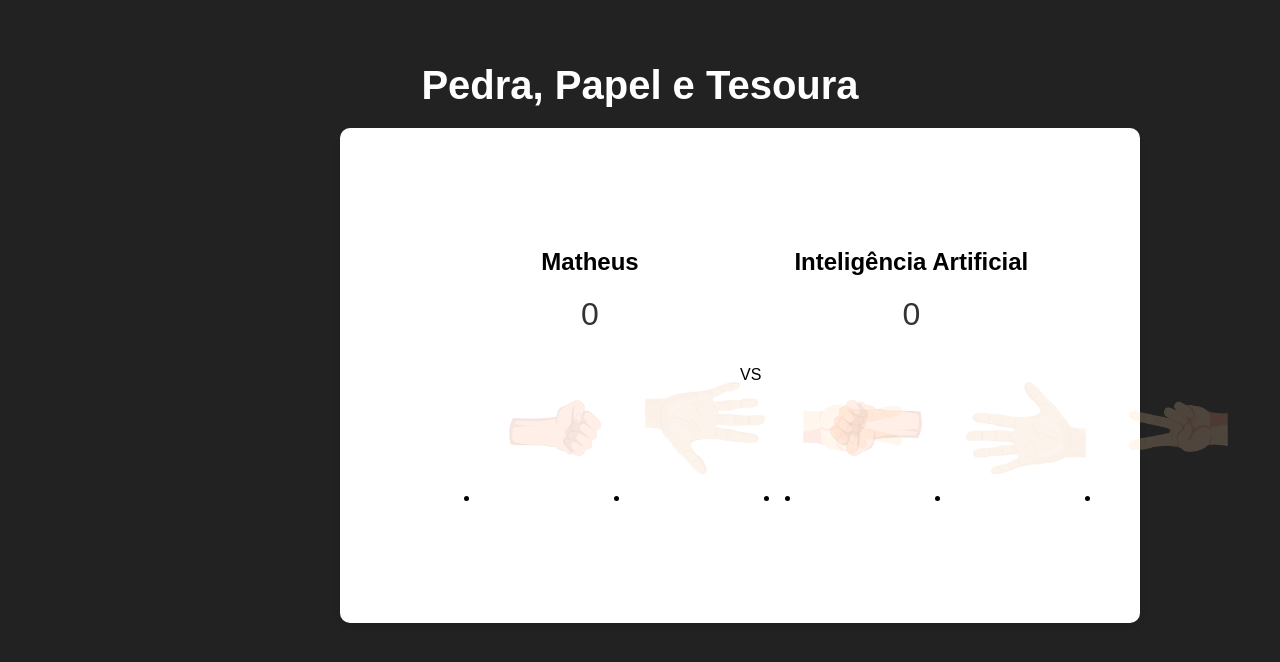
Repository: Matheus904-12/Pedra-Papel
Page: index.html
These files come from the project's save history. The page is drawn as it stood at one moment and after the next save; the edit follows.
The browser window is 1280 px wide. The pictures show the whole page.

Above is the page before, as saved 2023-08-28 21:53:45.

### index.html
<!DOCTYPE html>
<html lang="en">
<head>
    <meta charset="UTF-8">
    <meta name="viewport" content="width=device-width, initial-scale=1.0">
    <title>Pedra, Papel e Tesoura</title>
    <link rel="stylesheet" href="style.css">
    <script src="script.js"></script>
</head>
<body>
    <div class="box">
        <div class="container">
            <h1 id="titulo">Pedra, Papel e Tesoura</h1>
            <div class="placar" id="placar">
                <div class="jogador">
                    <h2 id="jogadorNome">Matheus</h2>
                    <p id="jogadorPontos">0</p>
                    <ul class="escolhas" id="jogadorEscolha">
                        <li>
                            <a id="jogadorEscolha1" class="escolha" onclick="jogar(1)">
                                <img src="img/1-removebg-preview.png" alt="">
                            </a>
                        </li>
                        <li>
                            <a id="jogadorEscolha2" class="escolha" onclick="jogar(2)">
                                <img src="img/2-removebg-preview.png" alt="">
                            </a>
                        </li>
                        <li>
                            <a id="jogadorEscolha3" class="escolha" onclick="jogar(3)">
                                <img src="img/3-removebg-preview.png" alt="">
                            </a>
                        </li>
                    </ul>
                </div>
                <div id="versus">VS</div>
                <div class="computador">
                    <h2 id="computadorNome">Inteligência Artificial</h2>
                    <p id="computadorPontos">0</p>
                    <ul class="escolhas" id="computadorEscolha">
                        <li>
                            <a id="computadorEscolha1" class="escolha">
                                <img src="img2/1.png" alt="">
                            </a>
                        </li>
                        <li>
                            <a id="computadorEscolha2" class="escolha">
                                <img src="img2/2.png" alt="">
                            </a>
                        </li>
                        <li>
                            <a id="computadorEscolha3" class="escolha">
                                <img src="img2/3.png" alt="">
                            </a>
                        </li>
                    </ul>
                </div>
            </div>
            <div class="mensagem"><p id="mensagem" class="result-message">&nbsp;</p>
    </div>
</body>
</html>

### style.css
ul#jogadorEscolha li a,
ul#computadorEscolha li a{
    opacity: 0.2;
    transition: ease-in-out 0.3s;
}
ul#jogadorEscolha li a:hover,
ul#jogadorEscolha li a.selecionado,
ul#computadorEscolha li a.selecionado {
    opacity: 1;
}

/* Estilos gerais */
body {
    font-family: 'Arial', sans-serif;
    background-color: #222;
    margin: 0;
    padding: 0;
    transition: background-color 0.5s ease;
    align-items: center;
}

/* Estilo do container principal */
.box {
    display: flex;
    align-items: center;
    justify-content: center;
    min-height: 100vh;
    transition: background-color 0.5s ease;
}

.container {
    width: 100%;
    max-width: 600px;
    text-align: center;
}

/* Estilo do título */
#titulo {
    font-size: 2.5rem;
    color: #fff;
    margin-bottom: 20px;
}

/* Estilo do placar */
.placar {
    display: flex;
    align-items: center;
    justify-content: space-between;
    padding: 100px;
    background-color: #fff;
    border-radius: 10px;
    box-shadow: 0 4px 6px rgba(0, 0, 0, 0.1);
    width: 100%;
    margin: 0 auto;
    max-width: 1200px;
}

.jogador,
.computador {
    width: 50%;
}

.jogador p,
.computador p {
    font-size: 2rem;
    color: #333;
    margin: 0;
}

.escolhas {
    display: flex;
    justify-content: space-around;
    margin-top: 20px;
}

.escolhas img {
    max-width: 150px;
    cursor: pointer;
    transition: transform 0.3s ease;
}

.escolhas img:hover {
    transform: scale(1.1);
}

/* Estilo do resultado/mensagem */
.result-message {
    font-size: 1.2rem;
    margin-top: 20px;
    color: #fff;
}

.result-message.vitoria {
    color: #4CAF50;
}

.result-message.derrota {
    color: #FF5733;
}

.result-message.empate {
    color: #FFC300;
}

/* Estilo do botão reiniciar */
.reiniciar-jogo {
    background-color: #3498db;
    border: none;
    color: white;
    padding: 10px 20px;
    text-align: center;
    text-decoration: none;
    display: inline-block;
    font-size: 16px;
    border-radius: 5px;
    cursor: pointer;
    transition: background-color 0.3s ease;
}

.reiniciar-jogo:hover {
    background-color: #2980b9;
}

/* Estilo do histórico */
.historico {
    text-align: center;
    margin-top: 20px;
}

.historico-toggle {
    background-color: #333;
    border: none;
    color: white;
    padding: 5px 10px;
    font-size: 14px;
    border-radius: 5px;
    cursor: pointer;
    transition: background-color 0.3s ease;
}

.historico-toggle:hover {
    background-color: #222;
}

.historico-list {
    list-style: none;
    padding: 0;
    display: none;
    text-align: left;
}

.historico-list li {
    font-size: 14px;
    margin-bottom: 5px;
    color: #fff;
}

### script.js
let jogadorEscolha = 0;
let jogadorPontos = 0;
let computadorEscolha = 0;
let computadorPontos = 0;
let ganhador = -1;
let historico = [];

function jogar(escolha){
    jogadorEscolha = escolha;
    computadorEscolha = Math.floor(Math.random() * 3) + 1;


/*PEDRA = 1
  PAPEL = 2
  TESOURA = 3
*/

if (jogadorEscolha == 1 && computadorEscolha == 1) {
    ganhador = 0;
    //*PEDRA = PEDRA*//
} else if (jogadorEscolha == 1 && computadorEscolha == 2) {
    ganhador = 2;
    //PEDRA E PAPEL = PAPEL//
} else if (jogadorEscolha == 1 && computadorEscolha == 3) {
    ganhador = 1;
    //PEDRA E TESOURA = PEDRA//
} else if (jogadorEscolha == 2 && computadorEscolha == 1) {
    ganhador = 1;
    //PAPEL E PEDRA = PEDRA
} else if (jogadorEscolha == 2 && computadorEscolha == 2) {
    ganhador =  0;
    //PAPEL E PAPEL = NADA
} else if (jogadorEscolha == 2 && computadorEscolha == 3) {
    ganhador = 2;
    //PAPEL E TESOURA = TESOURA
} else if (jogadorEscolha == 3 && computadorEscolha == 1) {
    ganhador = 2;
    //TESOURA E PEDRA = PEDRA
} else if (jogadorEscolha == 3 && computadorEscolha == 2) {
    ganhador = 1;
    //TESOURA E PAPEL = TESOURA
} else if (jogadorEscolha == 3 && computadorEscolha == 3) {
    ganhador = 0;
    //TESOURA E TESOURA = EMPATE
}


document.getElementById('jogadorEscolha1').classList.remove('selecionado');
document.getElementById('jogadorEscolha2').classList.remove('selecionado');
document.getElementById('jogadorEscolha3').classList.remove('selecionado');
document.getElementById('computadorEscolha1').classList.remove('selecionado');
document.getElementById('computadorEscolha2').classList.remove('selecionado');
document.getElementById('computadorEscolha3').classList.remove('selecionado');



document.getElementById('jogadorEscolha'+jogadorEscolha).classList.add('selecionado');
document.getElementById('computadorEscolha'+computadorEscolha).classList.add('selecionado');


/*
EMPATE = 0;
JOGADOR = 1;
COMPUTADOR = 2;
*/


// Atualizar placar
if (ganhador === 1) {
    jogadorPontos++;
} else if (ganhador === 2) {
    computadorPontos++;
}

document.getElementById('jogadorPontos').textContent = jogadorPontos;
document.getElementById('computadorPontos').textContent = computadorPontos;


// Mensagem do resultado
let mensagem = '';
if (ganhador === 1) {
    mensagem = 'Você venceu!';
} else if (ganhador === 2) {
    mensagem = 'Você perdeu!';
} else {
    mensagem = 'Empate!';
}

// Adicionar ao histórico
historico.push({
    jogador: jogadorEscolha,
    computador: computadorEscolha,
    resultado: ganhador
});

// Atualizar elementos na página
document.getElementById('jogadorPontos').textContent = jogadorPontos;
document.getElementById('computadorPontos').textContent = computadorPontos;
document.querySelector('.result-message').textContent = mensagem;
document.querySelector('.result-message').className = `result-message ${ganhadorClass}`;

// Exibir histórico
mostrarHistorico();

// Adicionar classe de estilo à mensagem
let mensagemElement = document.getElementById('mensagem');
mensagemElement.classList.remove('vitoria', 'derrota', 'empate');
if (ganhador === 1) {
    mensagemElement.classList.add('vitoria');
} else if (ganhador === 2) {
    mensagemElement.classList.add('derrota');
} else {
    mensagemElement.classList.add('empate');
}
}

function mostrarHistorico() {
let historicoList = document.getElementById('historico-list');
historicoList.innerHTML = '';

for (let i = 0; i < historico.length; i++) {
    let item = historico[i];
    let resultado = '';
    if (item.resultado === 1) {
        resultado = 'Vitória';
    } else if (item.resultado === 2) {
        resultado = 'Derrota';
    } else {
        resultado = 'Empate';
    }

    let listItem = document.createElement('li');
    listItem.textContent = `Jogador: ${item.jogador} | Computador: ${item.computador} | Resultado: ${resultado}`;
    historicoList.appendChild(listItem);
}


document.getElementById('historico-toggle').addEventListener('click', function() {
    const historicoList = document.querySelector('.historico-list');
    historicoList.style.display = historicoList.style.display === 'none' ? 'block' : 'none';
    this.textContent = historicoList.style.display === 'none' ? 'Ver Histórico' : 'Esconder Histórico';
});

// Mensagem do resultado
let mensagem = '';
if (ganhador === 1) {
    mensagem = 'Você venceu!';
} else if (ganhador === 2) {
    mensagem = 'Você perdeu!';
} else {
    mensagem = 'Empate!';
}

// Adicionar ao histórico
historico.push({
    jogador: jogadorEscolha,
    computador: computadorEscolha,
    resultado: ganhador
});


// Atualizar elementos na página
document.getElementById('jogadorPontos').textContent = jogadorPontos;
document.getElementById('computadorPontos').textContent = computadorPontos;
document.querySelector('.result-message').textContent = mensagem;
document.querySelector('.result-message').className = `result-message ${ganhadorClass}`;


 // Adicionar classe de estilo à mensagem
let mensagemElement = document.querySelector('.mensagem');
mensagemElement.classList.remove('vitoria', 'derrota', 'empate');
if (ganhador === 1) {
    mensagemElement.classList.add('vitoria');
} else if (ganhador === 2) {
    mensagemElement.classList.add('derrota');
} else {
    mensagemElement.classList.add('empate');
}

// Atualizar estilo da página com base no resultado
document.querySelector('.box').className = `box ${ganhadorClass}`;




// Atualizar cor de fundo com base no resultado
if (ganhador === 1) {
    document.body.style.backgroundColor = '#4CAF50'; // Verde
} else if (ganhador === 2) {
    document.body.style.backgroundColor = '#FF5733'; // Vermelho
} else {
    document.body.style.backgroundColor = '#FFC300'; // Amarelo
}


// Selecionar escolha do jogador
document.getElementById(`jogadorEscolha${jogadorEscolha}`).classList.add('selecionado');


// Atualizar escolhas do jogador
document.getElementById(`jogadorEscolha${jogadorEscolha}`).classList.add('selecionado');
document.getElementById(`computadorEscolha${computadorEscolha}`).classList.add('selecionado');

// Atualizar estilo da página com base no resultado
document.querySelector('.box').className = `box ${ganhadorClass}`;

// Função para reiniciar o jogo
function reiniciarJogo() {
    jogadorPontos = 0;
    computadorPontos = 0;
    historico = [];
    limparEscolhas();
    atualizarPlacar();
    limparMensagem();
    mostrarHistorico();
    resetarEstiloPagina();
}

// Limpar escolhas selecionadas
function limparEscolhas() {
    document.querySelectorAll('.escolha').forEach(element => {
        element.classList.remove('selecionado');
    });
}

// Atualizar placar
function atualizarPlacar() {
    document.getElementById('jogadorPontos').textContent = jogadorPontos;
    document.getElementById('computadorPontos').textContent = computadorPontos;
}

// Limpar mensagem do resultado
function limparMensagem() {
    document.querySelector('.result-message').textContent = '';
    document.querySelector('.mensagem').className = 'mensagem';
}

// Resetar estilo da página
function resetarEstiloPagina() {
    document.querySelector('.box').className = 'box';
}

// Botão de reiniciar o jogo
document.getElementById('reiniciar-jogo').addEventListener('click', function() {
    reiniciarJogo();
});


// Função para reiniciar o jogo
function reiniciarJogo() {
    jogadorPontos = 0;
    computadorPontos = 0;
    historico = [];
    limparEscolhas();
    atualizarPlacar();
    limparMensagem();
    mostrarHistorico();
    resetarEstiloPagina();
}

// Limpar escolhas selecionadas
function limparEscolhas() {
    document.querySelectorAll('.escolha').forEach(element => {
        element.classList.remove('selecionado');
    });
}

// Atualizar placar
function atualizarPlacar() {
    document.getElementById('jogadorPontos').textContent = jogadorPontos;
    document.getElementById('computadorPontos').textContent = computadorPontos;
}

// Limpar mensagem do resultado
function limparMensagem() {
    document.querySelector('.result-message').textContent = '';
    document.querySelector('.mensagem').className = 'mensagem';
}

// Resetar estilo da página
function resetarEstiloPagina() {
    document.querySelector('.box').className = 'box';
}

// Botão de reiniciar o jogo
document.getElementById('reiniciar-jogo').addEventListener('click', function() {
    reiniciarJogo();
});


}

After the next save:
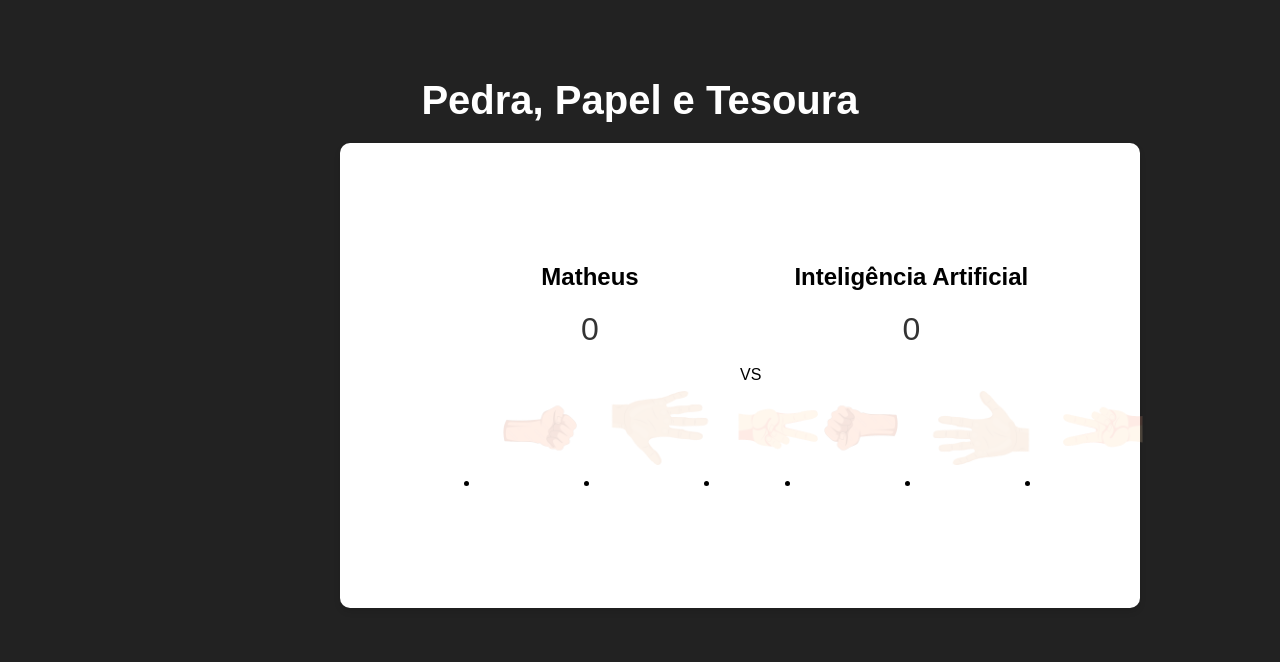
Saved 8 s later.
--- a/style.css
+++ b/style.css
@@ -74,7 +74,7 @@ body {
 }
 
 .escolhas img {
-    max-width: 150px;
+    max-width: 120px;
     cursor: pointer;
     transition: transform 0.3s ease;
 }
